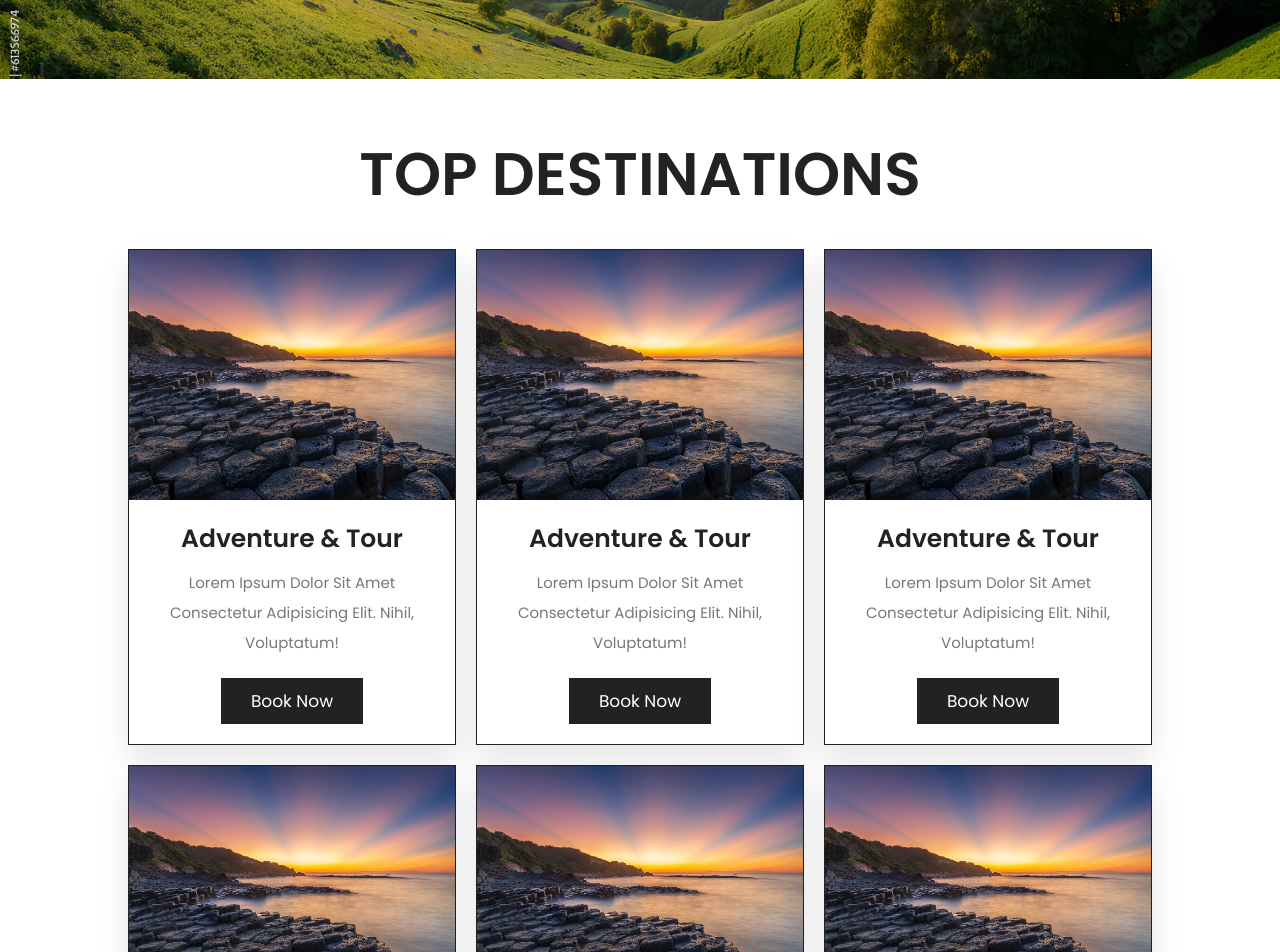
Repository: CTCuong/Traveloka-Web
Page: assets/package.html
These files come from the project's save history. The page is drawn as it stood at one moment and after the next save; the edit follows.
The browser window is 1280 px wide. The pictures show the part of the page from y = 399 to 1351 px (the page is 2432 px tall before and 4032 px after).
Backgrounds fixed to the window are drawn as part of the page.

Above is the page before, as saved 2023-07-08 15:20:02.

### assets/package.html
<!DOCTYPE html>
<html lang="en">
<head>
    <meta charset="UTF-8">
    <meta name="viewport" content="width=device-width, initial-scale=1.0">
    <title>Package</title>
    <!--swiper css-->
    <link rel="stylesheet"href="https://cdn.jsdelivr.net/npm/swiper@9/swiper-bundle.min.css"/>
    <!--font awesome link-->
    <link rel="stylesheet" href="https://cdnjs.cloudflare.com/ajax/libs/font-awesome/6.4.0/css/all.min.css">
    <!-- css file link -->
    <link rel="stylesheet" href="/assets/css/style.css">
</head>
<body>
    <!-- header section starts -->
    <section class="header">
        <a href="home.html" class="logo">travel.</a>

        <nav class="navbar">
            <a href="home.html">Home</a>
            <a href="about.html">About</a>
            <a href="package.html">Package</a>
            <a href="book.html">Book</a>

        </nav>

        <div id="menu-btn" class="fas fa-bars"></div>
    </section>
    <!-- header section ends -->

    <div class="heading" style="background: url(/assets/image/Packages/backgroup.jpeg) no-repeat;">
        <h1>Package</h1>
    </div>

    <!--packages section starts-->

    <section class="packages">

        <h1 class="heading-title">top destinations</h1>

        <div class="box-container">

            <div class="box">
                <div class="image">
                    <img src="/assets/image/Packages/6.jpg" alt="">
                </div>

                <div class="content">
                    <h3>adventure & tour</h3>
                    <p>Lorem ipsum dolor sit amet consectetur adipisicing elit. Nihil, voluptatum!</p>
                    <a href="book.html" class="btn">book now</a>
                </div>
            </div>

            <div class="box">
                <div class="image">
                    <img src="/assets/image/Packages/6.jpg" alt="">
                </div>

                <div class="content">
                    <h3>adventure & tour</h3>
                    <p>Lorem ipsum dolor sit amet consectetur adipisicing elit. Nihil, voluptatum!</p>
                    <a href="book.html" class="btn">book now</a>
                </div>
            </div>

            <div class="box">
                <div class="image">
                    <img src="/assets/image/Packages/6.jpg" alt="">
                </div>

                <div class="content">
                    <h3>adventure & tour</h3>
                    <p>Lorem ipsum dolor sit amet consectetur adipisicing elit. Nihil, voluptatum!</p>
                    <a href="book.html" class="btn">book now</a>
                </div>
            </div>

            <div class="box">
                <div class="image">
                    <img src="/assets/image/Packages/6.jpg" alt="">
                </div>

                <div class="content">
                    <h3>adventure & tour</h3>
                    <p>Lorem ipsum dolor sit amet consectetur adipisicing elit. Nihil, voluptatum!</p>
                    <a href="book.html" class="btn">book now</a>
                </div>
            </div>

            <div class="box">
                <div class="image">
                    <img src="/assets/image/Packages/6.jpg" alt="">
                </div>

                <div class="content">
                    <h3>adventure & tour</h3>
                    <p>Lorem ipsum dolor sit amet consectetur adipisicing elit. Nihil, voluptatum!</p>
                    <a href="book.html" class="btn">book now</a>
                </div>
            </div>

            <div class="box">
                <div class="image">
                    <img src="/assets/image/Packages/6.jpg" alt="">
                </div>

                <div class="content">
                    <h3>adventure & tour</h3>
                    <p>Lorem ipsum dolor sit amet consectetur adipisicing elit. Nihil, voluptatum!</p>
                    <a href="book.html" class="btn">book now</a>
                </div>
            </div>

            <div class="box">
                <div class="image">
                    <img src="/assets/image/Packages/6.jpg" alt="">
                </div>

                <div class="content">
                    <h3>adventure & tour</h3>
                    <p>Lorem ipsum dolor sit amet consectetur adipisicing elit. Nihil, voluptatum!</p>
                    <a href="book.html" class="btn">book now</a>
                </div>
            </div>

            <div class="box">
                <div class="image">
                    <img src="/assets/image/Packages/6.jpg" alt="">
                </div>

                <div class="content">
                    <h3>adventure & tour</h3>
                    <p>Lorem ipsum dolor sit amet consectetur adipisicing elit. Nihil, voluptatum!</p>
                    <a href="book.html" class="btn">book now</a>
                </div>
            </div>

            <div class="box">
                <div class="image">
                    <img src="/assets/image/Packages/6.jpg" alt="">
                </div>

                <div class="content">
                    <h3>adventure & tour</h3>
                    <p>Lorem ipsum dolor sit amet consectetur adipisicing elit. Nihil, voluptatum!</p>
                    <a href="book.html" class="btn">book now</a>
                </div>
            </div>

            <div class="box">
                <div class="image">
                    <img src="/assets/image/Packages/6.jpg" alt="">
                </div>

                <div class="content">
                    <h3>adventure & tour</h3>
                    <p>Lorem ipsum dolor sit amet consectetur adipisicing elit. Nihil, voluptatum!</p>
                    <a href="book.html" class="btn">book now</a>
                </div>
            </div>

            <div class="box">
                <div class="image">
                    <img src="/assets/image/Packages/6.jpg" alt="">
                </div>

                <div class="content">
                    <h3>adventure & tour</h3>
                    <p>Lorem ipsum dolor sit amet consectetur adipisicing elit. Nihil, voluptatum!</p>
                    <a href="book.html" class="btn">book now</a>
                </div>
            </div>

            <div class="box">
                <div class="image">
                    <img src="/assets/image/Packages/6.jpg" alt="">
                </div>

                <div class="content">
                    <h3>adventure & tour</h3>
                    <p>Lorem ipsum dolor sit amet consectetur adipisicing elit. Nihil, voluptatum!</p>
                    <a href="book.html" class="btn">book now</a>
                </div>
            </div>

        </div>
        <div class="load-more"><span class="btn">load more</span></div>
    </section>

    <!--packages section ends-->


    <!-- footer section starts -->

    <section class="footer">
        <div class="box-container">

            <div class="box">
                <h3>quick links</h3>
                <a href="home.html"><i class="fas fa-angle-right"></i>Home</a>
                <a href="about.html"><i class="fas fa-angle-right"></i>About</a>
                <a href="package.html"><i class="fas fa-angle-right"></i>Package</a>
                <a href="book.html"><i class="fas fa-angle-right"></i>Book</a>
            </div>

            <div class="box">
                <h3>extra links</h3>
                <a href="#"><i class="fas fa-angle-right"></i> ask question</a>
                <a href="#"><i class="fas fa-angle-right"></i> about us</a>
                <a href="#"><i class="fas fa-angle-right"></i> privacy policy</a>
                <a href="#"><i class="fas fa-angle-right"></i> terms of use</a>
            </div>

            <div class="box">
                <h3>contract info</h3>
                <a href="#"><i class="fas fa-phone"></i> +84 098-326-789 </a>
                <a href="#"><i class="fas fa-phone"></i> +84 023-908-7865 </a>
                <a href="#"><i class="fas fa-envelope"></i> travekhanas@gmail.com </a>
                <a href="#"><i class="fas fa-map"></i> HaNoi, VietNam   </a>
            </div>

            <div class="box">
                <h3>follow us</h3>
                <a href="#"><i class="fab fa-facebook"></i> facebook </a>
                <a href="#"><i class="fab fa-twitter"></i> twitter </a>
                <a href="#"><i class="fab fa-instagram"></i> instagram </a>
                <a href="#"><i class="fab fa-telegram"></i> telegram </a>
            </div>

        </div>

        <div class="credit"> created by <span>mr. Cao Tran Cuong</span> | all rights reserved! </div>
    </section>
    <!-- footer section ends -->

    <!--swiper js-->
    <script src="https://cdn.jsdelivr.net/npm/swiper@9/swiper-bundle.min.js"></script>
    <!-- js file link -->
    <script src="/assets/js/scrip.js"></script>
</body>
</html>

### assets/css/style.css
@import url('https://fonts.googleapis.com/css2?family=Poppins:ital,wght@0,100;0,200;0,300;0,400;0,500;0,600;1,100;1,200;1,300;1,400;1,500;1,600&display=swap');

:root {
    --main-color:#6A5AF9;
    --black:#222;
    --white: #fff;
    --light-black:#777;
    --light-white:#fff9;
    --drak-bg:rgba(0,0,0,.7);
    --light-bg:#eee;
    --border: .1rem solid #222;
    --text-shadow:0 1.5rem 3rem rgba(0,0,0,.3);
    --box-shadow:0 1.5rem 3rem rgba(0,0,0,.1);
}
* {
    font-family: 'Poppins', sans-serif;
    margin: 0; padding: 0;
    outline: none;border: none;
    box-sizing: border-box;
    text-decoration: none;
    text-transform: capitalize;

}

html {
    font-size: 62.5%;
    overflow-x: hidden;
}

html::-webkit-scrollbar {
    width : 1rem;
}

html::-webkit-scrollbar-track {
    background-color: var(--white);
}

html::-webkit-scrollbar-thumb {
    background-color: var(--main-color);
}
section {
    padding: 5rem 10%;
}
.header {
    position: sticky;
    top:0; left: 0; right: 0;
    z-index: 1000;
    background-color: var(--white);
    display: flex;
    padding-top: 2rem;
    padding-bottom: 2rem;
    box-shadow: var(--box-shadow);
    align-items: center;
    justify-content:space-between;
}

.header .logo {
    font-size: 2.5rem;
    color: var(--black);
}

.header .navbar a {
    font-size: 2rem;
    margin-left: 2rem;
    color: var(--black);
}

#menu-btn {
    font-size: 2.5rem;
    color: var(--black);
    cursor: pointer;
    display: none;
}

.home {
    padding: 0;
}

.home .slide {
    text-align: center;
    padding: 2rem;
    display: flex;
    align-items: center;
    justify-content: center;
    background-size: cover !important;
    background-position: center !important;
    min-height: 60rem;
}

.home .slide .content {
    width: 85rem;
    display: none;
}

.home .swiper-slide-active .content {
    display: inline-block;
}

.home .slide .content span {
    display: block;
    font-size: 2.2rem;
    color: var(--light-white);
    padding-bottom: 1rem;
    animation:fadeIn .4s linear backwards .2s;
}

.home .slide .content h3 {
    font-size: 6vw;
    color: var(--white);
    text-transform: uppercase;
    line-height: 1;
    text-shadow: var(--text-shadow);
    padding: 1rem 0;
    animation:fadeIn .4s linear backwards .4s;
}

.home .slide .content .btn {
    animation:fadeIn .4s linear backwards .6s;
}


@keyframes fadeIn {
    0% {
        transform: scale(0);
        opacity: 0;
    }
}


.heading {
    background-size: cover !important;
    background-position: center !important;
    padding-top: 10rem;
    padding-bottom: 15rem;
    display: flex;
    align-items: center;
    justify-content: center;
}

.heading h1 {
    font-size: 10rem;
    text-transform: uppercase;
    color: var(--white);
    text-shadow: var(--box-shadow);
}

.about {
    display: flex;
    align-items: center;
    flex-wrap: wrap;
    gap:3rem;
}

.about .image {
    flex: 1 1 41rem;
}

.about .image img {
    width: 100%;
}

.about .content {
    flex: 1 1 41rem;
    text-align: center;
}

.about .content h3 {
    font-size: 3rem;
    color: var(--black);
}

.about .content p {
    font-size: 1.5rem;
    color: var(--light-black);
    line-height: 2;
    padding: 1rem 0;
}

.about .content .icons-container {
    margin-top: 2rem;
    display: flex;
    flex-wrap: wrap;
    gap :1.5rem;
    align-items: flex-end;
}

.about .content .icons-container .icons {
    background: var(--light-bg);
    padding: 2rem;
    flex: 1 1  10rem;
}

.about .content .icons-container .icons i {
    font-size: 4rem;
    margin-top: 2rem;
    color:  var(--main-color);
}

.about .content .icons-container .icons span {
    font-size: 1.5rem;
    color: var(--light-black);
    display: block;
}

.reviews {
    background: var(--light-bg);
}

.reviews .slide {
    padding: 2rem;
    border: var(--border);
    background: var(--white);
    text-align: center;
    box-shadow: var(--box-shadow);
    user-select: none;
}

.reviews .slide .stars i {
    font-size: 1.7rem;
    color: var(--main-color);
}

.reviews .slide p {
    font-size: 1.5rem;
    color: var(--light-black);
    line-height: 2;
    padding: 1rem 0;
}

.reviews .slide h3 {
    font-size: 2rem;
    color: var(--black);
}

.reviews .slide span {
    font-size: 1.5rem;
    color: var(--main-color);
    display: block;
}

.reviews .slide img {
    height: 7rem;
    width: 7rem;
    border-radius: 50%;
    object-fit: cover;
    margin-top: 1rem;
}

.reviews .slide .stars {
    padding-bottom: .5rem;
}




.btn {
    display: inline-block;
    background: var(--black);
    margin-top: 1rem;
    color: var(--white);
    font-size: 1.7rem;
    padding: 1rem 3rem;
    cursor: pointer;

}

.btn:hover {
    background: var(--main-color);
}

.home-about {
    display: flex;
    align-items: center;
    flex-wrap: wrap;
}

.home-about .image {
    flex: 1 1 41rem;
}

.home-about .image img {
    width: 100%;

}

.home-about .content {
    flex: 1 1 41rem;
    padding: 3rem;
    background: var(--light-bg);
}

.home-about .content h3 {
    font-size: 3rem;
    color: var(--black);
}

.home-about .content p {
    font-size: 1.5rem;
    padding: 1rem;
    line-height:2 ;
    color: var(--black);
}

.home-packages {
    background: var(--light-bg);
}

.home-packages .box-container .box {
    border: var(--border);
    box-shadow: var(--box-shadow);
    background: var(--white);
}

.home-packages .box-container {
    display: grid;
    grid-template-columns: repeat(auto-fit, minmax(30rem, 1fr));
    gap : 2rem;
}

.home-packages .box-container .box .image {
    height: 25rem;
    overflow: hidden;
}

.home-packages .box-container .box .image img {
    height: 100%;
    width: 100%;
    object-fit: cover;
    transition: .2s linear;
}

.home-packages .box-container .box .content {
    padding: 2rem;
    text-align: center;

}

.home-packages .box-container .box .content h3 {
    font-size: 2.5rem;
    color: var(--black);
}

.home-packages .box-container .box .content p {
    font-size: 1.5rem;
    color: var(--light-black);
    line-height: 2;
    padding: 1rem 0;
}

.home-packages .load-more {
    text-align: center;
    margin-top: 2rem;
}

.home-offer {
    text-align: center;
}

.home-offer .content {
    max-width: 50rem;
    margin: 0 auto;
}

.home-offer .content h3 {
    font-size: 3.5rem;
    text-transform: uppercase;
    color: var(--black);
}

.home-offer .content p {
    font-size: 1.5rem;
    color: var(--black);
    line-height: 2;
    padding: 1rem 0;
}


.services .box-container {
    display: grid;
    grid-template-columns: repeat(auto-fit, minmax(16rem, 1fr));
    gap : 1.5rem;
}

.services .box-container .box {
    padding: 3rem 2rem;
    text-align: center;
    background: var(--main-color);
    cursor: pointer;
}


.services .box-container .box:hover {
    background: var(--black) ;
}

.services .box-container .box h3 {
    color: var(--white);
    font-size: 1,7rem;
    padding-top: 1rem;
}

.services .box-container .box img {
    height: 7rem;
}

.heading-title {
    text-align: center;
    margin-bottom: 3rem;
    font-size: 6rem;
    text-transform: uppercase;
    color: var(--black);
}

.packages .box-container .box {
    border: var(--border);
    box-shadow: var(--box-shadow);
    background: var(--white);
    display: none;
}

.packages .box-container .box:nth-child(1),
.packages .box-container .box:nth-child(2),
.packages .box-container .box:nth-child(3),
.packages .box-container .box:nth-child(4),
.packages .box-container .box:nth-child(5),
.packages .box-container .box:nth-child(6){
    display: inline-block;
    transition: cubic-bezier(0.075, 0.82, 0.165, 1);
}

.packages .box-container {
    display: grid;
    grid-template-columns: repeat(auto-fit, minmax(30rem, 1fr));
    gap : 2rem;
}

.packages .box-container .box .image {
    height: 25rem;
    overflow: hidden;
}

.packages .box-container .box .image img {
    height: 100%;
    width: 100%;
    object-fit: cover;
    transition: .2s linear;
}

.packages .box-container .box .content {
    padding: 2rem;
    text-align: center;

}

.packages .box-container .box .content h3 {
    font-size: 2.5rem;
    color: var(--black);
}

.packages .box-container .box .content p {
    font-size: 1.5rem;
    color: var(--light-black);
    line-height: 2;
    padding: 1rem 0;
}

.packages .load-more {
    text-align: center;
    margin-top: 2rem;
}




























.footer {
    background:url(/assets/image/Footer/low-angle-nature-night-time.jpg) no-repeat;
    background-size: cover;
    background-position: center;
    background-attachment: fixed;
}

.footer .box-container {
    display: grid;
    grid-template-columns: repeat(auto-fit, minmax(25rem, 1fr));
    gap : 3rem;
}

.footer .box-container .box h3{
    color: var(--white);
    font-size: 2.5rem;
    padding-bottom: 2rem;
}

.footer .box-container .box a {
    color: var(--light-white);
    font-size: 1.5rem;
    padding-bottom: 1.5rem;
    display: block;
}

.footer .box-container .box a i {
    color: var(--main-color);
    padding-right: .5rem;
    transition: .2s linear ;
}

.footer .box-container .box a:hover i {
    padding-right: 2rem;
}

.footer .credit {
    text-align: center;
    padding-top: 3.5rem;
    margin-top: 3rem;
    border-top: .1rem solid var(--light-bg);
    font-size: 2rem;
    color: var(--white);
}

.footer .credit span {
    color:var(--main-color);
}



/* media queries */
@media (max-width:1200px) {

    section {
        padding: 3rem 5%;
    }

}

@media (max-width:991px) {

    html {
        font-size: 55%;
    }

    section {
        padding: 3rem 2rem;
    }

    .home .slide .content h3 {
        font-size: 10vw;
    }
}

@media (max-width:768px) {
    #menu-btn {
         display: inline-block;
         transition: .2s linear;
    }

    #menu-btn.fa-times {
        transform: rotate(180deg);
    }

    .header .navbar {
        position: absolute;
        top:99%; left:0; right:0;
        background-color: var(--white);
        border-top: var(--border);
        padding: 2rem;
        transition: .2s linear;
        clip-path: polygon(0 0, 100% 0, 100% 0, 0 0);
    }

    .header .navbar.active {
        clip-path: polygon(0 0, 100% 0, 100% 100%, 0 100%);
    }

    .header .navbar a {
        display:block;
        margin: 2rem;
        text-align: center ;
    }

}
@media (max-width:450px) {

    html {
        font-size: 50%;
    }

    .heading-title {
        font-size: 3.5rem;
    }

}

Loaded but not shown: assets/js/scrip.js (53 lines, source omitted)

After the next save:
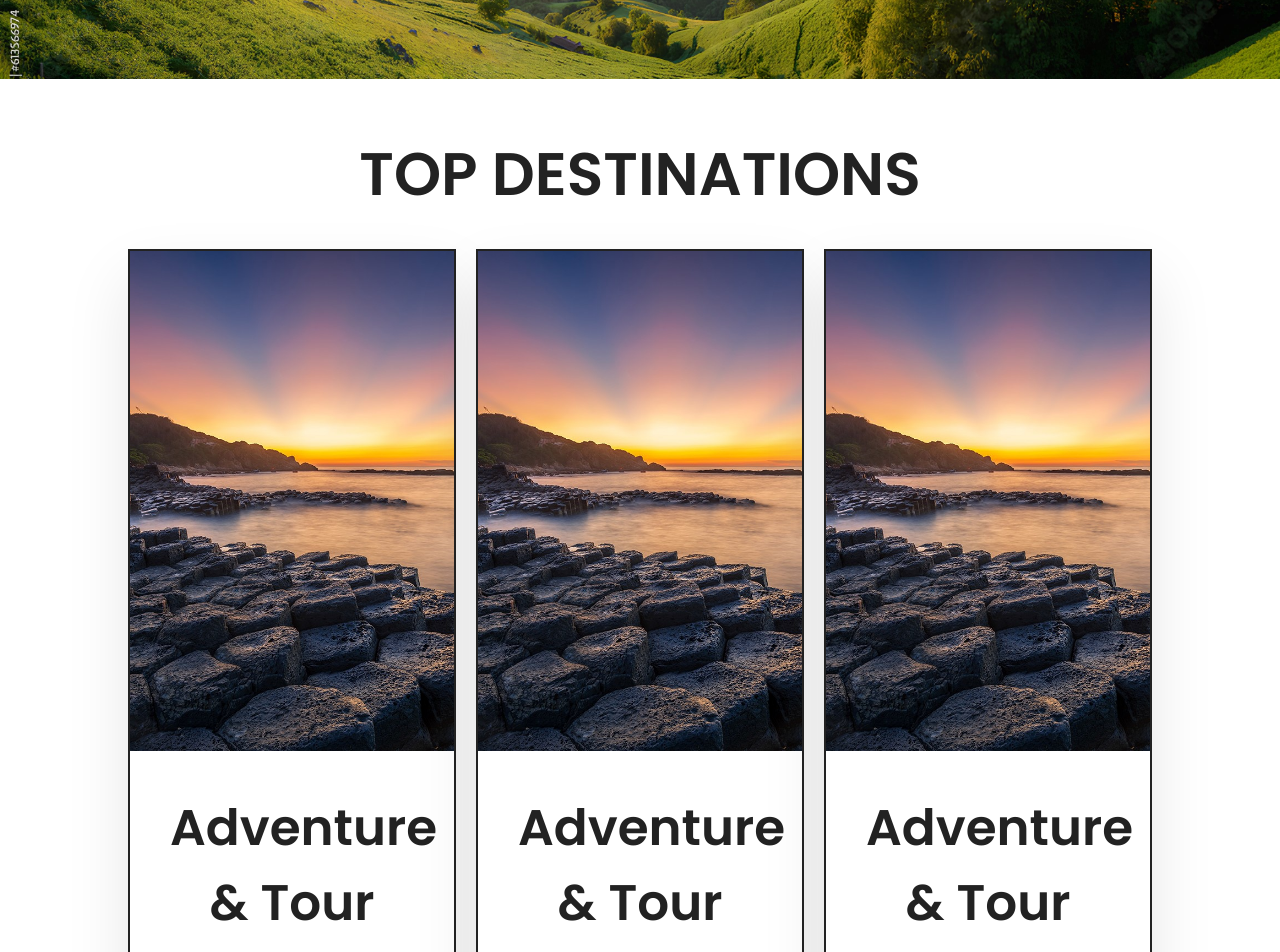
Saved 27 s later.
--- a/assets/css/style.css
+++ b/assets/css/style.css
@@ -425,7 +425,7 @@
 .packages .box-container .box:nth-child(5),
 .packages .box-container .box:nth-child(6){
     display: inline-block;
-    transition: cubic-bezier(0.075, 0.82, 0.165, 1);
+    zoom: 2;
 }
 
 .packages .box-container {

After the save that followed:
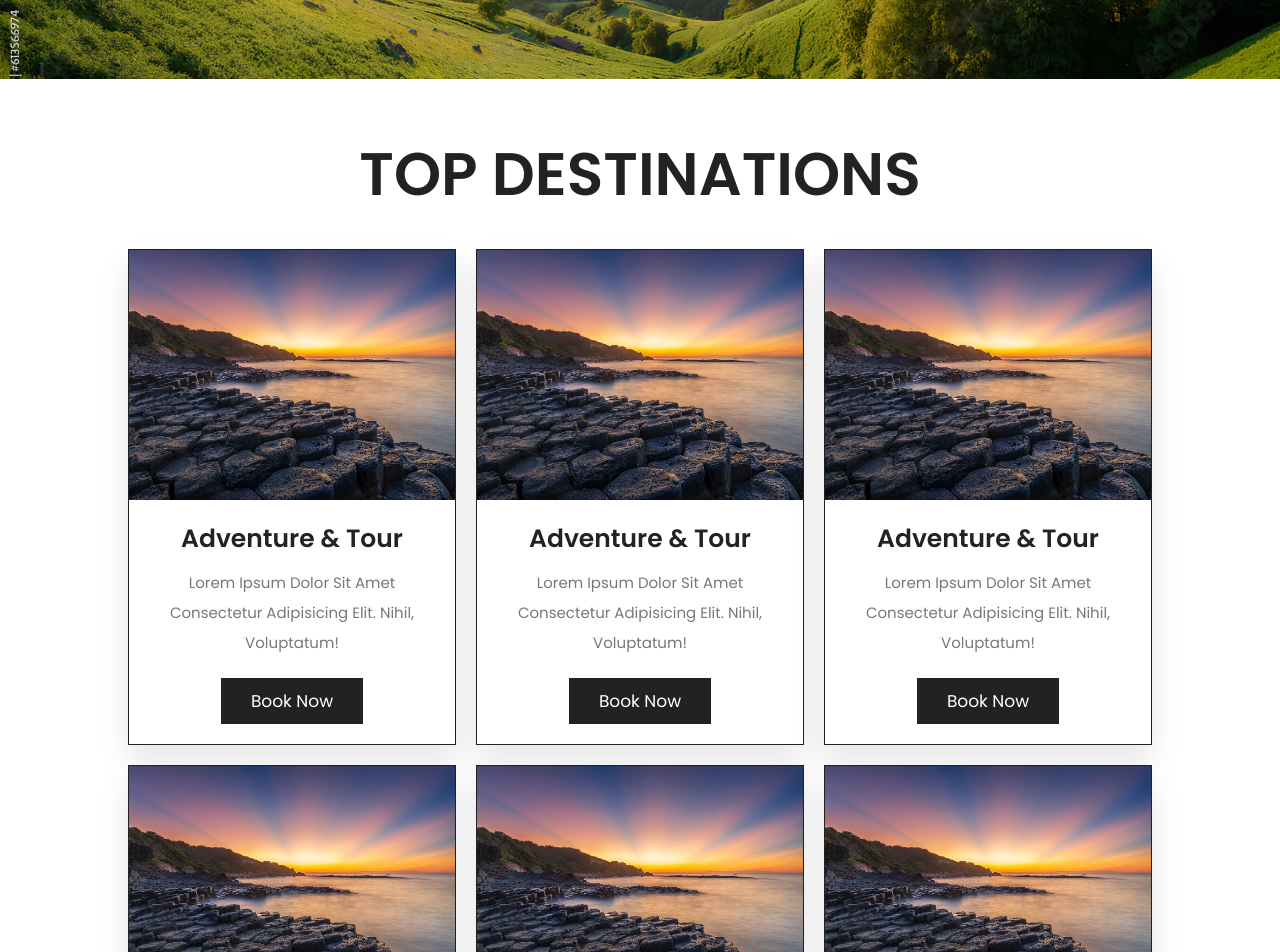
Saved 8 s later.
--- a/assets/css/style.css
+++ b/assets/css/style.css
@@ -425,7 +425,6 @@
 .packages .box-container .box:nth-child(5),
 .packages .box-container .box:nth-child(6){
     display: inline-block;
-    zoom: 2;
 }
 
 .packages .box-container {
